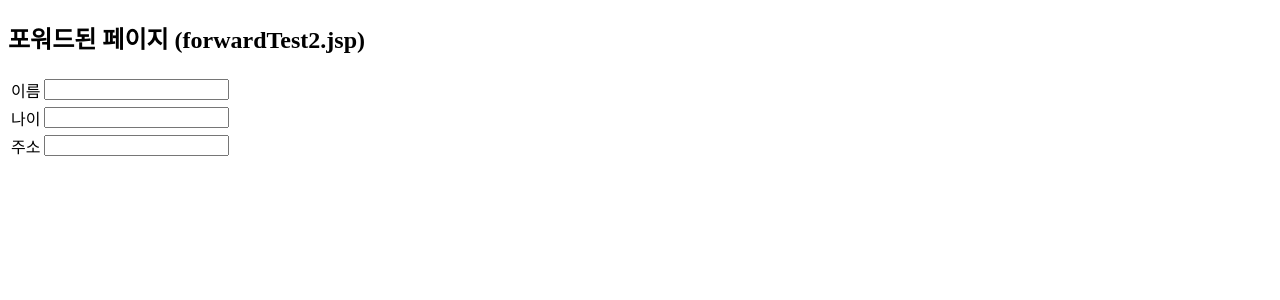
Repository: Gun-stack/jsp
Page: http://localhost/jspExam5/forwardTest2.jsp
These files come from the project's save history. The page is drawn as it stood at one moment and after the next save; the edit follows.
The browser window is 1280 px wide. The pictures show the whole page.
The page is served by Tomcat 9.

Above is the page before, as saved 2023-09-21 06:47:14.

After the next save:
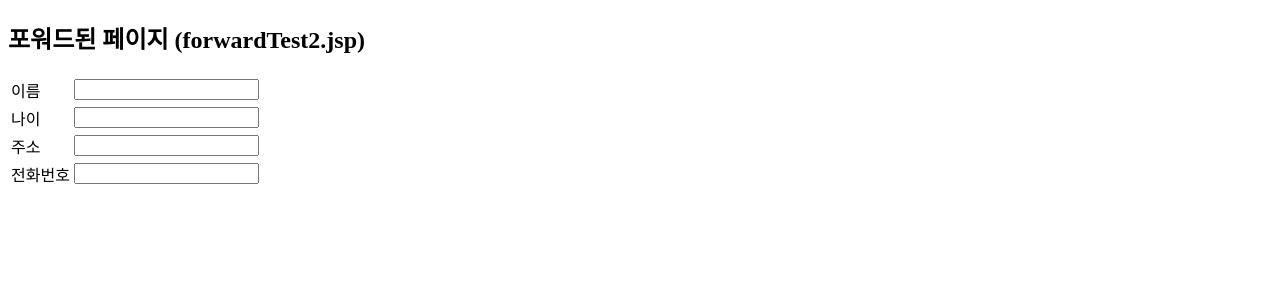
Saved 20 s later.
--- a/jsp_workspace/jspExam5/src/main/webapp/forwardTest2.jsp
+++ b/jsp_workspace/jspExam5/src/main/webapp/forwardTest2.jsp
@@ -21,7 +21,10 @@
 			<td>주소</td>
 			<td><input type="text" name="address"></td>
 			</tr>
-
+			<tr>
+			<td>전화번호</td>
+			<td><input type="text" name="address"></td>
+			</tr>
 
 
 
